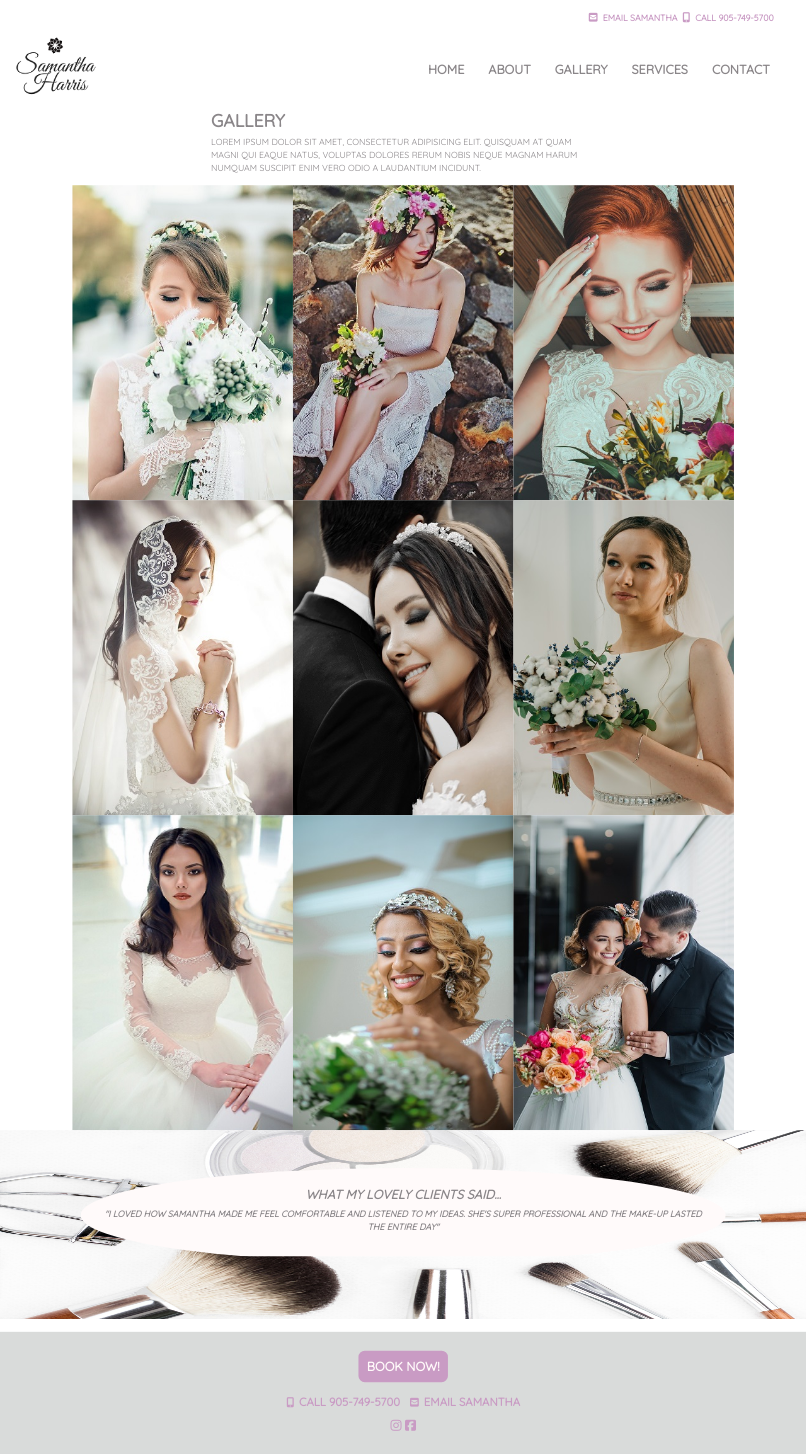
Repository: JayneyNix/milestone-1-UCFD
Page: gallery.html
The author's editor kept a record of every edit. The page is drawn from the files as they stood at one moment, then again after the next edit.
The browser window is 1280 px wide. The pictures show the whole page, at 63% of full size.
Some web libraries are served in a nearby version.

Above is the page before.

After the next edit:
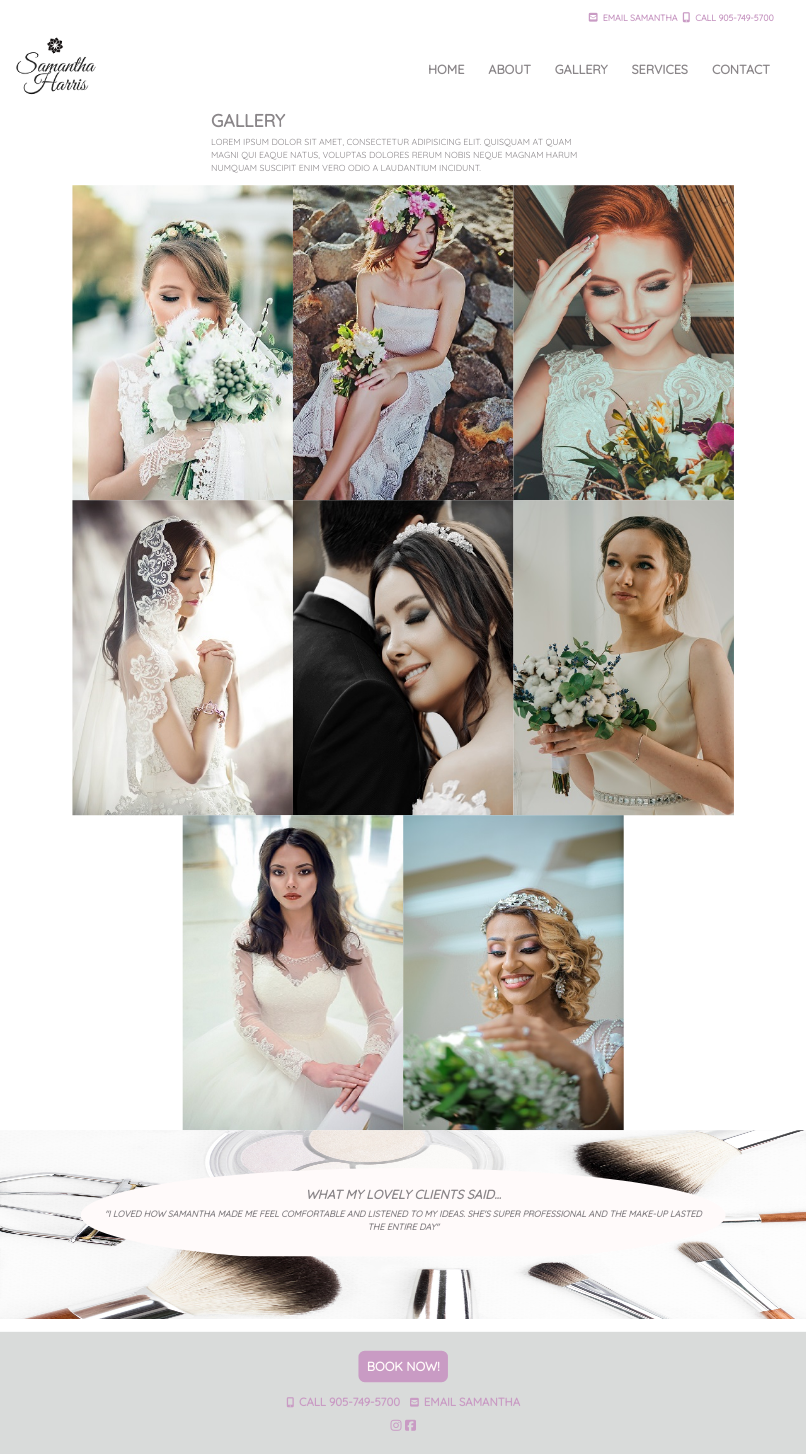
The edit:
--- a/gallery.html
+++ b/gallery.html
@@ -118,7 +118,7 @@
             <div class="gallery-item">
                 <img class="gallery-image" src="Assets/bride-natural.jpg" alt="bride" />
             </div>
-            <div class="gallery-item d-none d-md-block">
+            <div class="gallery-item d-md-none">
                 <img class="gallery-image" src="Assets/bride-groom.jpg" alt="bride" />
             </div>
         </div>
